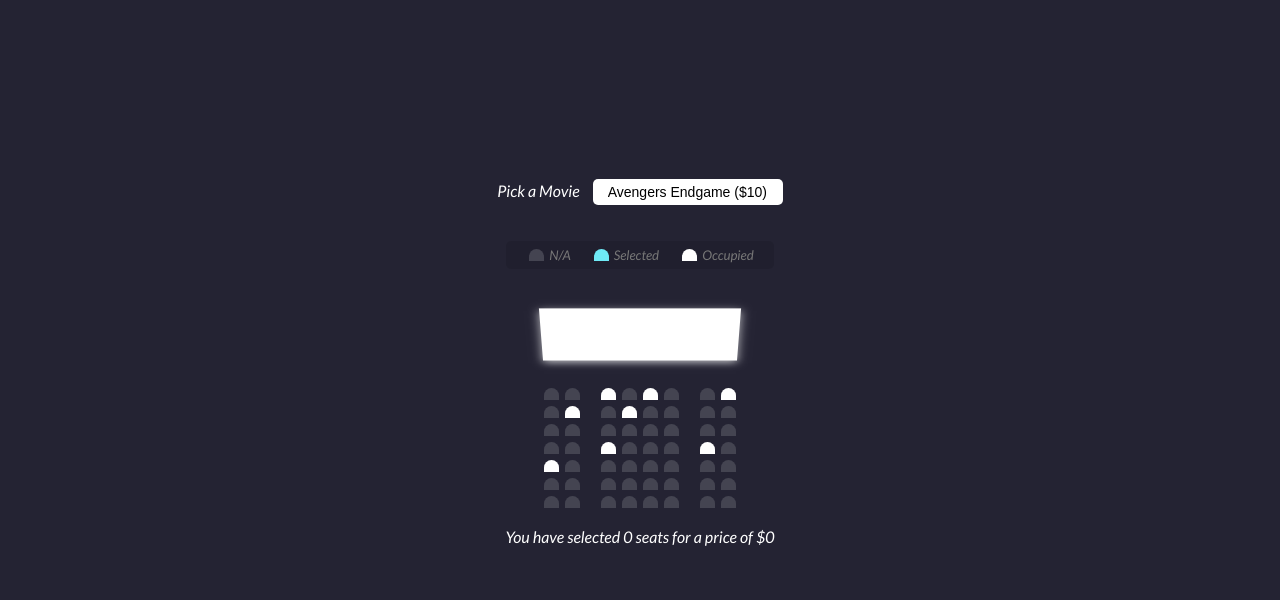
Repository: Izaya171/programming
Page: movieTickets/index.html
The author's editor kept a copy of each file at every save. The page is drawn from the files as they stood at one save, then again after the next save.
The browser window is 1280 px wide. The pictures show the whole page.

Above is the page before, as saved 2021-09-18 15:30:30.

### movieTickets/index.html
<!DOCTYPE html>
<html lang="en">

<head>
    <meta charset="UTF-8">
    <meta http-equiv="X-UA-Compatible" content="IE=edge">
    <meta name="viewport" content="width=device-width, initial-scale=1.0">
    <link rel="stylesheet" href="styles.css">
    <title>Movie Seat Booking</title>
</head>

<body>
    <div class="movie-container">
        <label>Pick a Movie</label>
        <select id="movie">
            <option value="10">Avengers Endgame ($10)</option>
            <option value="12">Joker ($12)</option>
            <option value="8">Toy Story 4 ($8)</option>
            <option value="9">Lion King ($9)</option>
        </select>
    </div>

    <ul class="showcase">
        <li>
            <div class="seat"></div>
            <small>N/A</small>
        </li>
        <li>
            <div class="seat selected"></div>
            <small>Selected</small>
        </li>
        <li>
            <div class="seat occupied"></div>
            <small>Occupied</small>
        </li>
    </ul>

    <div class="container">
        <div class="screen"></div>

        <div class="row">
            <div class="seat"></div>
            <div class="seat"></div>
            <div class="seat occupied"></div>
            <div class="seat"></div>
            <div class="seat occupied"></div>
            <div class="seat"></div>
            <div class="seat"></div>
            <div class="seat occupied"></div>
        </div>
        <div class="row">
            <div class="seat"></div>
            <div class="seat occupied"></div>
            <div class="seat"></div>
            <div class="seat occupied"></div>
            <div class="seat"></div>
            <div class="seat"></div>
            <div class="seat"></div>
            <div class="seat"></div>
        </div>
        <div class="row">
            <div class="seat"></div>
            <div class="seat"></div>
            <div class="seat"></div>
            <div class="seat"></div>
            <div class="seat"></div>
            <div class="seat"></div>
            <div class="seat"></div>
            <div class="seat"></div>
        </div>
        <div class="row">
            <div class="seat"></div>
            <div class="seat"></div>
            <div class="seat occupied"></div>
            <div class="seat"></div>
            <div class="seat"></div>
            <div class="seat"></div>
            <div class="seat occupied"></div>
            <div class="seat"></div>
        </div>
        <div class="row">
            <div class="seat occupied"></div>
            <div class="seat"></div>
            <div class="seat"></div>
            <div class="seat"></div>
            <div class="seat"></div>
            <div class="seat"></div>
            <div class="seat"></div>
            <div class="seat"></div>
        </div>
        <div class="row">
            <div class="seat"></div>
            <div class="seat"></div>
            <div class="seat"></div>
            <div class="seat"></div>
            <div class="seat"></div>
            <div class="seat"></div>
            <div class="seat"></div>
            <div class="seat"></div>
        </div>
        <div class="row">
            <div class="seat"></div>
            <div class="seat"></div>
            <div class="seat"></div>
            <div class="seat"></div>
            <div class="seat"></div>
            <div class="seat"></div>
            <div class="seat"></div>
            <div class="seat"></div>
        </div>
    </div>

    <p class="text">You have selected <span id="count">0</span> seats for a price of $<span id="total">0</span></span>
    </p>

    <script src="script.js"></script>
</body>

</html>

### movieTickets/styles.css
@import url('https://fonts.googleapis.com/css2?family=Lato:ital@1&display=swap');
* {
    box-sizing: border-box;
}

body {
    background-color: #242333;
    display: flex;
    flex-direction: column;
    color: #fff;
    align-items: center;
    justify-content: center;
    height: 100vh;
    font-family: 'lato', sans-serif;
    margin: 0;
}

.movie-container {
    margin: 20px 0;
}

.movie-container select {
    background-color: white;
    border: 0;
    border-radius: 5px;
    font-size: 14px;
    margin-left: 10px;
    padding: 5px 15px 5px 15px;
    -moz-appearance: none;
    -webkit-appearance: none;
    appearance: none;
}

.container {
    perspective: 1200px;
}

.seat {
    background-color: #444451;
    height: 12px;
    width: 15px;
    margin: 3px;
    border-top-left-radius: 10px;
    border-top-right-radius: 10px;
}

.seat.selected {
    background-color: #6feaf6;
}

.seat.occupied {
    background-color: white;
}

.seat:nth-of-type(2) {
    margin-right: 18px;
}

.seat:nth-last-of-type(2) {
    margin-left: 18px;
}

.seat:not(.occupied):hover {
    cursor: pointer;
    transform: scale(1.2);
}

.showcase .seat:not(.occupied):hover {
    cursor: default;
    transform: scale(1);
}

.showcase {
    background-color: rgba(0, 0, 0, 0.1);
    padding: 5px 10px;
    border-radius: 5px;
    color: #777;
    list-style-type: none;
    display: flex;
    justify-content: space-between;
}

.showcase li {
    display: flex;
    align-items: center;
    justify-content: center;
    margin: 0 10px;
}

.showcase li small {
    margin-left: 2px;
}

.row {
    display: flex;
}

.screen {
    background-color: white;
    height: 70px;
    width: 100%;
    margin: 15px 0;
    transform: rotateX(-45deg);
    box-shadow: 0 3px 10px rgba(255, 255, 255, 0.7);
}

Loaded but not shown: movieTickets/script.js (no stored copy; drawn as an empty file)

After the next save:
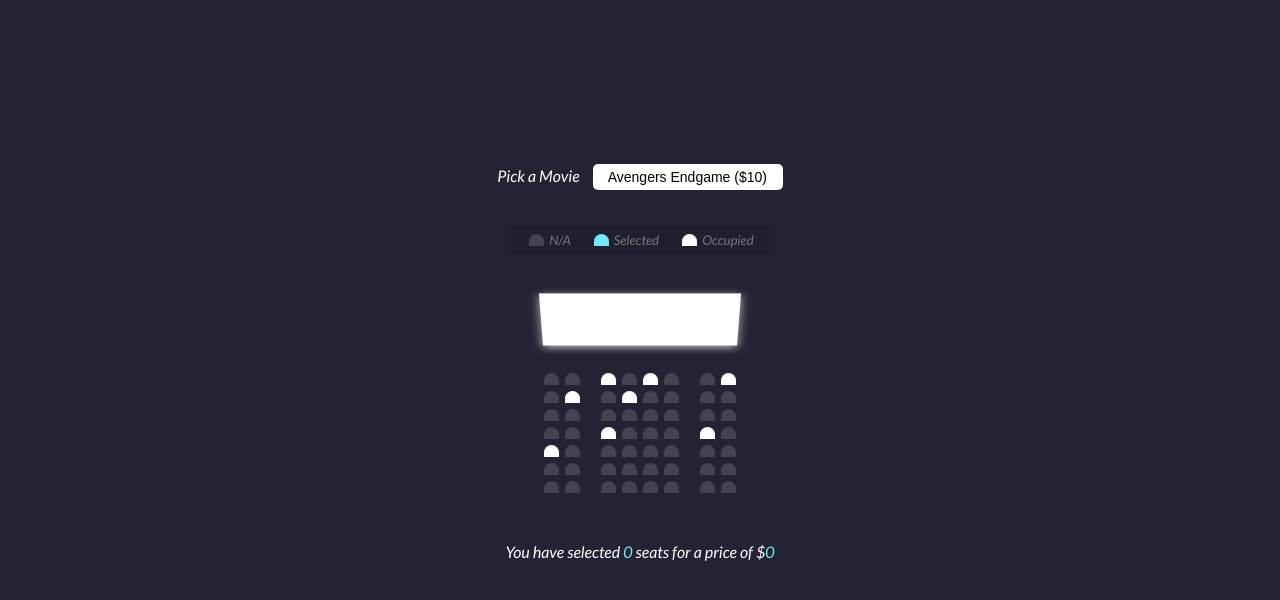
Saved 45 s later.
--- a/movieTickets/styles.css
+++ b/movieTickets/styles.css
@@ -33,6 +33,7 @@ body {
 
 .container {
     perspective: 1200px;
+    margin-bottom: 30px;
 }
 
 .seat {
@@ -103,3 +104,7 @@ body {
     transform: rotateX(-45deg);
     box-shadow: 0 3px 10px rgba(255, 255, 255, 0.7);
 }
+
+p.text span {
+    color: #6feaf6;
+}
